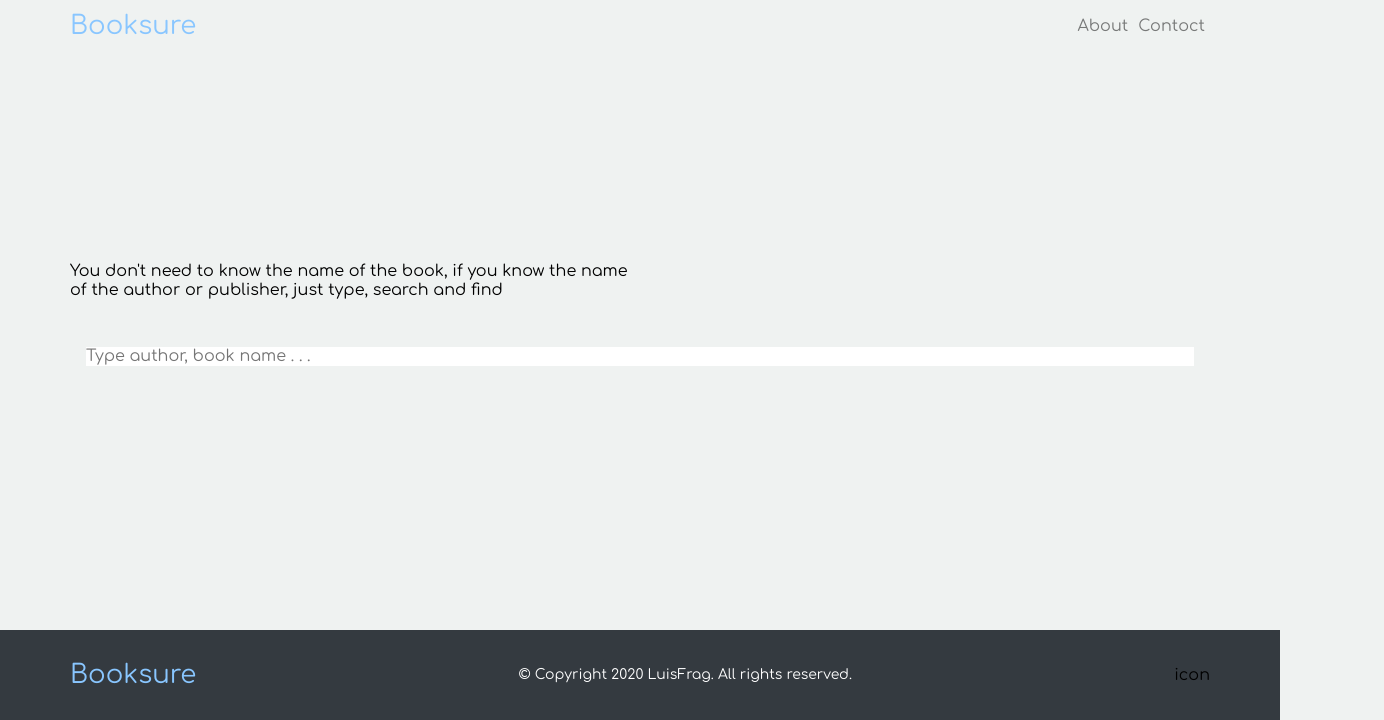
Repository: changesxxx/searchBooks
Page: /search
An editor plug-in stored every save of this project. The page is shown before and after the next save, followed by the edit.
The browser window is 1280 px wide. The page is 1280 px wide, then 1384 px, so the pictures cover 1384 px, including what lies to the right of the window. The pictures show the whole page.
The project was rebuilt for these pictures with package versions that can differ from the ones it lists, and the page was loaded fresh each time. Also part of the build but not shown: craco.config.js.

Above is the page before, as saved 2024-06-24 17:48:15.

After the next save:
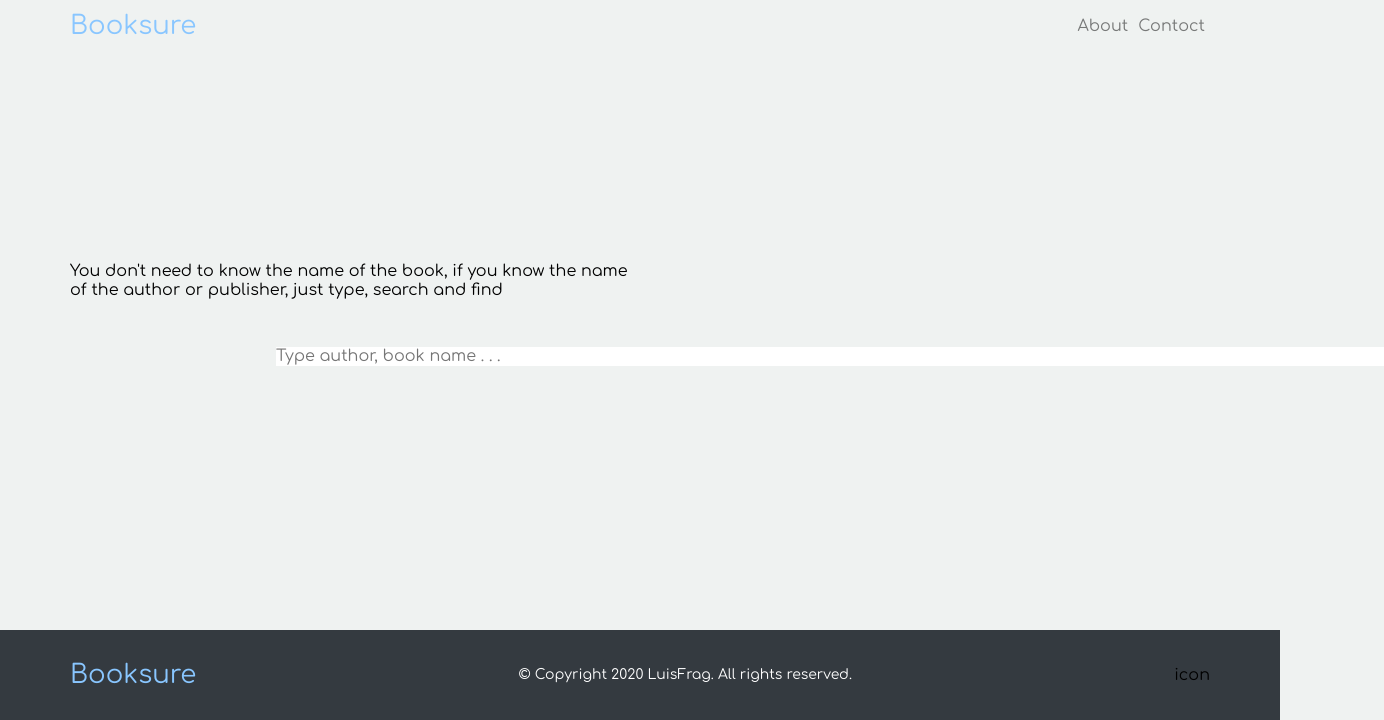
Saved 16 s later.
--- a/src/view/search/style.js
+++ b/src/view/search/style.js
@@ -21,6 +21,7 @@ const searchWrapper = styled.div`
     .search-input {
       display: block;
       width: 100%;
+      margin: 0 190px;
     }
   }
 `
